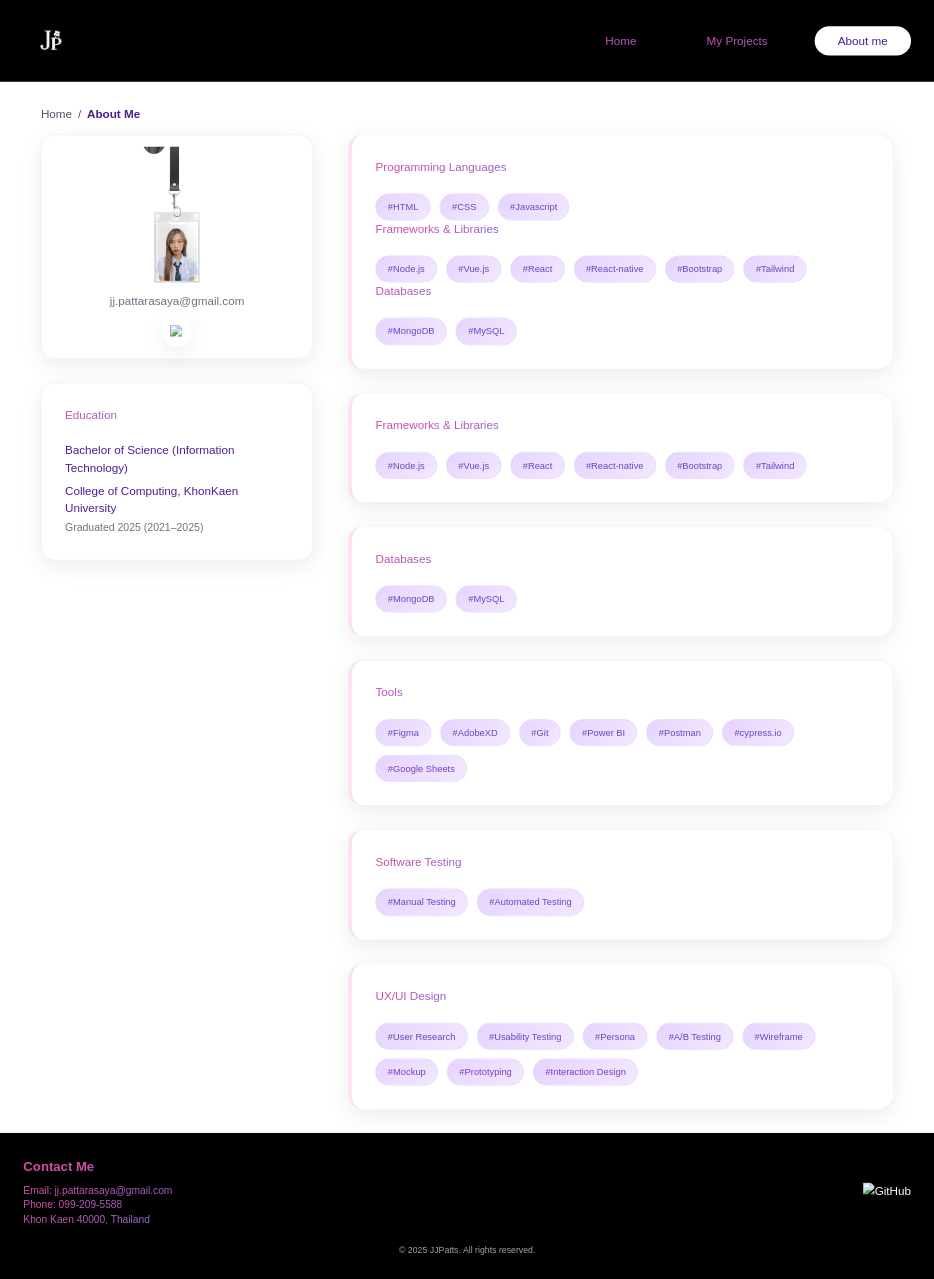
Repository: PattarasayaJJ/Portfolio-jjpatts
Page: /aboutme
These files come from the project's save history. The page is drawn as it stood at one moment and after a run of saves; the edit follows.
The browser window is 1280 px wide. The pictures show the whole page, at 73% of full size.
The project was rebuilt for these pictures with package versions that can differ from the ones it lists, and the page was loaded fresh each time. Also part of the build but not shown: vite.config.js, vite.config.ts, src/header.css, src/hero.css, src/components/Hero.jsx, src/components/Works.jsx.

Above is the page before, as saved 2025-08-03 22:52:14.

### index.html
<!doctype html>
<html lang="en">
  <head>
    <meta charset="UTF-8" />
    <link rel="icon" type="image/svg+xml" href="/JPtab.png" />
    <meta name="viewport" content="width=device-width, initial-scale=1.0" />
    <title>JJPatts Portfolio</title>
  </head>
  <body>
    <div id="root"></div>
    <script type="module" src="/src/index.jsx"></script>
  </body>
</html>

### src/index.css
@import 'tailwindcss/base';
@import 'tailwindcss/components';
@import 'tailwindcss/utilities';
@import url('https://fonts.googleapis.com/css2?family=Kanit:wght@400;700&display=swap');

*{
   font-family: 'Kanit', sans-serif;

}

### src/App.jsx
import React from 'react';
import { BrowserRouter as Router, Routes, Route } from 'react-router-dom';
import { Header } from './components/Header';
import { Hero } from './components/Hero';
import { Works } from './components/Works';
import { Aboutme } from './components/Aboutme' ;
import { Footer } from './components/Footer';
export function App() {
  return (
    <Router>
      <div className="w-full min-h-screen bg-white">
        <Header />
        <main className="w-full">
          <Routes>
            <Route path="/" element={<><Hero /> </>} />
            <Route path="/works" element={<><Works /></>}/>
            <Route path="/aboutme" element={<Aboutme />} />


          </Routes>
        </main>
        <Footer />

      </div>
    </Router>
  );
}

### src/components/Header.jsx
import React, { useState } from 'react';
import { Link, useLocation } from 'react-router-dom';
import { MenuIcon, XIcon } from 'lucide-react';
import '../header.css';

export function Header() {
  const [isMenuOpen, setIsMenuOpen] = useState(false);
  const location = useLocation();

  const isActive = (path) => location.pathname === path;

  return (
    <header className="w-full bg-black py-4 px-8 relative">
      <div className="max-w-7xl mx-auto flex justify-between items-center">
        <Link to="/">
          <div className="flex items-center">
            <img src="/JP.png" alt="logo" className="w-20" />
          </div>
        </Link>

        <nav className="hidden md:flex space-x-8">
          <Link
            to="/"
            className={`font-medium px-8 py-2 rounded-full ${
              isActive('/') ? 'bg-white text-purple-600' : 'gradient-text'
            }`}
            style={isActive('/') ? { color: '#4c1d95' } : {}}
          >
            Home
          </Link>
          <Link
            to="/works"
            className={`font-medium px-8 py-2 rounded-full ${
              isActive('/works') ? 'bg-white text-purple-600' : 'gradient-text'
            }`}
            style={isActive('/works') ? { color: '#4c1d95' } : {}}
          >
            My Projects
          </Link>
          <Link
            to="/aboutme"
            className={`font-medium px-8 py-2 rounded-full ${
              isActive('/aboutme') ? 'bg-white text-purple-600' : 'gradient-text'
            }`}
            style={isActive('/aboutme') ? { color: '#4c1d95' } : {}}
          >
            About me
          </Link>
        </nav>

        <button className="md:hidden text-white" onClick={() => setIsMenuOpen(!isMenuOpen)}>
          {isMenuOpen ? <XIcon size={24} /> : <MenuIcon size={24} />}
        </button>
      </div>

      <div
        className={`
          fixed top-0 right-0 w-64 h-full bg-black z-50 transform transition-transform duration-300 ease-in-out
          ${isMenuOpen ? 'translate-x-0' : 'translate-x-full'}
          md:hidden
        `}
      >
        <div className="p-6">
          <button className="text-white mb-8" onClick={() => setIsMenuOpen(false)}>
            <XIcon size={24} />
          </button>
          <nav className="flex flex-col space-y-6">
            <Link
              to="/"
              className={`font-medium px-6 py-2 rounded-full block text-center ${
                isActive('/') ? 'bg-white text-purple-600' : 'gradient-text'
              }`}
              style={isActive('/') ? { color: '#4c1d95' } : {}}
              onClick={() => setIsMenuOpen(false)}
            >
              Home
            </Link>
            <Link
              to="/works"
              className={`font-medium px-6 py-2 rounded-full block text-center ${
                isActive('/works') ? 'bg-white text-purple-600' : 'gradient-text'
              }`}
              style={isActive('/works') ? { color: '#4c1d95' } : {}}
              onClick={() => setIsMenuOpen(false)}
            >
              My Projects
            </Link>
            <Link
              to="/aboutme"
              className={`font-medium px-6 py-2 rounded-full block text-center ${
                isActive('/aboutme') ? 'bg-white text-purple-600' : 'gradient-text'
              }`}
              style={isActive('/aboutme') ? { color: '#4c1d95' } : {}}
              onClick={() => setIsMenuOpen(false)}
            >
              About me
            </Link>
          </nav>
        </div>
      </div>

      {isMenuOpen && (
        <div
          className="fixed inset-0 bg-black bg-opacity-50 z-40 md:hidden"
          onClick={() => setIsMenuOpen(false)}
        />
      )}
    </header>
  );
}

### src/components/Aboutme.jsx
import React from 'react';
import '../aboutme.css';

export function Aboutme() {
  const skills = [
    { name: '#HTML', type: 'tool' },
    { name: '#CSS', type: 'tool' },
    { name: '#Javascript', type: 'tool' },
  ];

  const frame = [
    { name: '#Node.js', type: 'tool' },
    { name: '#Vue.js', type: 'tool' },
    { name: '#React', type: 'tool' },
    { name: '#React-native', type: 'tool' },
    { name: '#Bootstrap', type: 'tool' },
    { name: '#Tailwind', type: 'tool' },
  ];

  const database = [
    { name: '#MongoDB', type: 'tool' },
    { name: '#MySQL', type: 'tool' },
  ];

  const tools = [
    { name: '#Figma', type: 'tool' },
    { name: '#AdobeXD', type: 'tool' },
    { name: '#Git', type: 'tool' },
    { name: '#Power BI', type: 'tool' },
    { name: '#Postman', type: 'tool' },
    { name: '#cypress.io', type: 'tool' },
    { name: '#Google Sheets', type: 'tool' },
  ];

  const uxui = [
    { name: '#User Research', type: 'ux' },
    { name: '#Usability Testing', type: 'ux' },
    { name: '#Persona', type: 'ux' },
    { name: '#A/B Testing', type: 'ux' },
    { name: '#Wireframe', type: 'ux' },
    { name: '#Mockup', type: 'ux' },
    { name: '#Prototyping', type: 'ux' },
    { name: '#Interaction Design', type: 'ux' },
  ];

  const tester = [
    { name: '#Manual Testing', type: 'ux' },
    { name: '#Automated Testing', type: 'ux' },
  ];

  return (
    <div className="about-container">
      <nav className="breadcrumb">
        <a href="/" className="breadcrumb-link">
          Home
        </a>
        <span className="breadcrumb-separator">/</span>
        <span className="breadcrumb-current">About Me</span>
      </nav>

      <div className="about-content">
        {/* Profile Section */}
        <div className="profile-section">
          <div className="profile-card">
            <div className="avatar-container">
              <div className="avatar-wrapper">
                <img
                  src="/nongjj.png"
                  alt="Profile"
                  className="avatar-img"
                />
              </div>
              <p className="email">jj.pattarasaya@gmail.com</p>

              <div className="social-icons">
                <a href="https://github.com/PattarasayaJJ" target="_blank" rel="noopener noreferrer" className="social-link">
                  <img src="https://github.githubassets.com/favicons/favicon.png" alt="GitHub" />
                </a>
              </div>
            </div>
          </div>

          {/* Education Section */}
          <div className="education-card">
            <h3 className="section-title">
              <span className="gradient-text">Education</span>
            </h3>
            <div className="education-content">
              <h4 className="degree">Bachelor of Science (Information Technology)</h4>
              <p className="university">College of Computing, KhonKaen University</p>
              <p className="graduation">Graduated 2025 (2021–2025)</p>
            </div>
          </div>
        </div>

        {/* Skills Section */}
        <div className="skills-section">
          <div className="skills-grid">
            {/* Programming Languages */}
            <div className="skill-category">
              <h3 className="category-title">
                <span className="gradient-text">Programming Languages</span>
              </h3>
              <div className="skills-list">
                {skills.map((skill, index) => (
                  <span className="skill-tag" key={index}>
                    {skill.name}
                  </span>
                ))}
              </div>


                 <h3 className="category-title">
                <span className="gradient-text">Frameworks & Libraries</span>
              </h3>
              <div className="skills-list">
                {frame.map((skill, index) => (
                  <span className="skill-tag" key={index}>
                    {skill.name}
                  </span>
                ))}
              </div>

               <h3 className="category-title">
                <span className="gradient-text">Databases</span>
              </h3>
              <div className="skills-list">
                {database.map((skill, index) => (
                  <span className="skill-tag" key={index}>
                    {skill.name}
                  </span>
                ))}
              </div>




            </div>

            {/* Frameworks & Libraries */}
            <div className="skill-category">
              <h3 className="category-title">
                <span className="gradient-text">Frameworks & Libraries</span>
              </h3>
              <div className="skills-list">
                {frame.map((skill, index) => (
                  <span className="skill-tag" key={index}>
                    {skill.name}
                  </span>
                ))}
              </div>
            </div>

            {/* Databases */}
            <div className="skill-category">
              <h3 className="category-title">
                <span className="gradient-text">Databases</span>
              </h3>
              <div className="skills-list">
                {database.map((skill, index) => (
                  <span className="skill-tag" key={index}>
                    {skill.name}
                  </span>
                ))}
              </div>
            </div>

            {/* Tools */}
            <div className="skill-category">
              <h3 className="category-title">
                <span className="gradient-text">Tools</span>
              </h3>
              <div className="skills-list">
                {tools.map((skill, index) => (
                  <span className="skill-tag" key={index}>
                    {skill.name}
                  </span>
                ))}
              </div>
            </div>

            {/* Software Testing */}
            <div className="skill-category">
              <h3 className="category-title">
                <span className="gradient-text">Software Testing</span>
              </h3>
              <div className="skills-list">
                {tester.map((skill, index) => (
                  <span className="skill-tag" key={index}>
                    {skill.name}
                  </span>
                ))}
              </div>
            </div>

            {/* UX/UI Design */}
            <div className="skill-category">
              <h3 className="category-title">
                <span className="gradient-text">UX/UI Design</span>
              </h3>
              <div className="skills-list">
                {uxui.map((skill, index) => (
                  <span className="skill-tag" key={index}>
                    {skill.name}
                  </span>
                ))}
              </div>
            </div>
          </div>
        </div>
      </div>
    </div>
  );
}

### src/components/Footer.jsx
import React from 'react';

export function Footer() {
  return (
    <footer className="w-full bg-black text-white py-8 px-8">
  <div className="max-w-7xl mx-auto flex flex-col md:flex-row justify-between items-center space-y-6 md:space-y-0">

        <div className="text-center md:text-left gradient-text ">
          <h2 className="text-lg font-semibold">Contact Me</h2>
          <p className="text-sm mt-2">Email: jj.pattarasaya@gmail.com</p>
          <p className="text-sm">Phone: 099-209-5588</p>
          <p className="text-sm">Khon Kaen 40000, Thailand</p>

        </div>

        <div className="flex space-x-4 ">
        <a href="https://github.com/PattarasayaJJ" target="_blank" rel="noopener noreferrer">
        <img src="https://github.githubassets.com/favicons/favicon.png" alt="GitHub" />

  </a>

        </div>
      </div>

      <div className="text-center text-xs text-gray-400 mt-6 ">
        © {new Date().getFullYear()} JJPatts. All rights reserved.
      </div>
    </footer>
  );
}

### src/work.css
.projects-section {
  width: 100%;
  max-width: 1200px;
  margin: 0 auto;
  padding: 2rem 1rem;
  background-color: #ffffff;
}

.projects-container {
  max-width: 80rem;
  margin: 0 auto;
  display: flex;
  flex-direction: column;
  gap: 2rem;
}

.breadcrumb {
  margin-bottom: 2rem;
  font-size: 0.9rem;
  color: #666;
}

.breadcrumb-link {
  color: #666;
  text-decoration: none;
}

.breadcrumb-link:hover {
  color: #333;
}

.breadcrumb-separator {
  margin: 0 0.5rem;
}

.breadcrumb-current {
  color: #333;
  font-weight: 500;
}

.project-title-text {
  margin-top: 10px;
  background: linear-gradient(135deg, #DD489B, #9067D3);
  -webkit-background-clip: text;
  -webkit-text-fill-color: transparent;
  background-clip: text;
  display: inline-block;
  font-size: 1.25rem;
  font-weight: bold;
}

/* Project Card */
.project-card {
  background: #ffffff;
  border-radius: 20px;
  padding: 3rem;
  box-shadow: 0 8px 32px rgba(0, 0, 0, 0.08);
  border: 1px solid #f0f0f0;
  display: flex;
  flex-direction: column;
  gap: 2rem;
}

/* Project Images */
.project-images {
  display: flex;
  justify-content: center;
  gap: 2rem;
  margin-bottom: 1rem;
}

.project-images.single {
  justify-content: center;
}

/* Updated: Uniform image sizing */
.project-image {
  width: 400px;
  height: 300px;
  object-fit: contain;
  border-radius: 12px;
  box-shadow: 0 8px 24px rgba(0, 0, 0, 0.12);
  transition: transform 0.3s ease, box-shadow 0.3s ease;
}

.project-image:hover {
  transform: translateY(-4px);
  box-shadow: 0 12px 32px rgba(0, 0, 0, 0.16);
}

/* Project Content */
.project-content {
  text-align: center;
  display: flex;
  flex-direction: column;
  gap: 1rem;
}

.project-name {
  font-size: 1rem;
  line-height: 1.6;
  color: #4c1d95;
  margin: 0;
  font-weight: 400;
}

.highlight {
  font-weight: 700;
  color: #4c1d95;
}

/* Skills List */
.skills-list {
  display: flex;
  flex-wrap: wrap;
  gap: 0.75rem;
  margin-top: 1rem;
}

.skill-tag {
  background: linear-gradient(135deg, #e5d4ff, #f3e8ff);
  color: #6b46c1;
  padding: 0.5rem 1rem;
  border-radius: 20px;
  font-size: 0.875rem;
  font-weight: 500;
  border: 1px solid #e5d4ff;
  transition: all 0.3s ease;
}

.skill-tag:hover {
  background: linear-gradient(135deg, #ddd6fe, #e5d4ff);
  transform: translateY(-2px);
  box-shadow: 0 4px 12px rgba(107, 70, 193, 0.2);
}

/* Responsive Design */
@media (max-width: 1024px) {
  .project-images {
    gap: 1.5rem;
  }

  .project-image {
    width: 350px;
    height: 250px;
    object-fit: contain;
  }
}

@media (max-width: 768px) {
  .projects-section {
    padding: 1.5rem 1rem;
  }

  .project-card {
    padding: 2rem 1.5rem;
  }

  .project-images {
    flex-direction: column;
    align-items: center;
    gap: 1.5rem;
  }

  .project-image {
    width: 100%;
    max-width: 400px;
    height: 250px;
    object-fit: contain;
  }

  .project-title {
    font-size: 1.5rem;
  }

  .project-name {
    font-size: 1.1rem;
    text-align: left;
  }

  .skills-list {
    justify-content: flex-start;
  }
}

@media (max-width: 480px) {
  .project-card {
    padding: 1.5rem 1rem;
  }

  .project-name {
    font-size: 1rem;
  }

  .skill-tag {
    font-size: 0.75rem;
    padding: 0.4rem 0.8rem;
  }

  .project-image {
    width: 100%;
    max-width: 350px;
    height: 200px;
    object-fit: contain;
  }
}

### src/aboutme.css
.about-container {
  max-width: 1200px;
  margin: 0 auto;
  padding: 2rem 1rem;
  background-color: #ffffff;
}

.breadcrumb {
  margin-bottom: 1rem;
  font-size: 1rem;
  color: #4B5563;
  display: flex;
  align-items: center;
}

.breadcrumb-link {
  color: #4B5563;
  text-decoration: none;
}

.breadcrumb-link:hover {
  text-decoration: underline;
}


.breadcrumb-separator {
  margin: 0 0.5rem;
}

.breadcrumb-current {
  font-weight: bold;
  color: #4c1d95;
}

.about-content {
  display: grid;
  grid-template-columns: 1fr 2fr;
  gap: 3rem;
  align-items: start;
}

.profile-section {
  display: flex;
  flex-direction: column;
  gap: 2rem;
}

.profile-card {
  background: #ffffff;
  border-radius: 20px;
  padding: 1rem;
  box-shadow: 0 8px 32px rgba(0, 0, 0, 0.08);
  border: 1px solid #f0f0f0;
  text-align: center;
}

.avatar-container {
  display: flex;
  flex-direction: column;
  align-items: center;
}

.avatar-wrapper {
  width: 200px;
  height: 200px;
  transition: transform 0.3s ease;
}

.avatar-wrapper:hover {
  transform: scale(1.05);
}

.avatar-img {
  width: 100%;
  height: 100%;
  object-fit: contain;
}

.profile-name {
  font-size: 1.5rem;
  color: #4c1d95;
  margin: 0;
}

.profile-title {
  font-size: 1rem;
  color: #6b46c1;
  margin: 0;
}

.email {
  font-size: 1rem;
  color: #6b7280;
  margin-bottom: 10px;
}

.social-icons {
  display: flex;
  justify-content: center;
  gap: 1rem;
}

.social-link {
  display: flex;
  align-items: center;
  justify-content: center;
  width: 40px;
  height: 40px;
  box-shadow: 0 8px 32px rgba(0, 0, 0, 0.08);
  border-radius: 50%;
  transition: all 0.3s ease;
}

.social-link:hover {
  transform: translateY(-2px);
  box-shadow: 0 4px 12px rgba(107, 70, 193, 0.3);
}

.social-icons img {
  width: 20px;
  height: 20px;
}

.education-card {
  background: #ffffff;
  border-radius: 20px;
  padding: 2rem;
  box-shadow: 0 8px 32px rgba(0, 0, 0, 0.08);
  border: 1px solid #f0f0f0;
}

.education-content {
  margin-top: 1rem;
}

.degree {
  font-size: 1rem;
  color: #4c1d95;
  margin: 0 0 0.5rem 0;
}

.university {
  font-size: 1rem;
  color: #4c1d95;
  margin: 0 0 0.25rem 0;
}

.graduation {
  font-size: 0.9rem;
  color: #6b7280;
  margin: 0;
}

.skills-section {
  display: flex;
  flex-direction: column;
}

.skills-grid {
  display: grid;
  grid-template-columns: 1fr;
  gap: 2rem;
}

.skill-category {
  background: #ffffff;
  border-radius: 20px;
  padding: 2rem;
  box-shadow: 0 8px 32px rgba(0, 0, 0, 0.08);
  border: 1px solid #f0f0f0;
  border-left: 5px solid #ffdff3;
}

.section-title,
.category-title {
  font-size: 1rem;
  margin: 0 0 1.5rem 0;
  display: flex;
  align-items: center;
}

.gradient-text {
  background: linear-gradient(135deg, #DD489B, #9067D3);
  -webkit-background-clip: text;
  -webkit-text-fill-color: transparent;
  background-clip: text;
}

.skills-list {
  display: flex;
  flex-wrap: wrap;
  gap: 0.75rem;
}

.skill-tag {
  background: linear-gradient(135deg, #e5d4ff, #f3e8ff);
  color: #6b46c1;
  padding: 0.5rem 1rem;
  border-radius: 20px;
  font-size: 0.8rem;
  border: 1px solid #e5d4ff;
  transition: all 0.3s ease;
  cursor: default;
}

.skill-tag:hover {
  background: linear-gradient(135deg, #ddd6fe, #e5d4ff);
  transform: translateY(-2px);
  box-shadow: 0 4px 12px rgba(107, 70, 193, 0.2);
}

@media (max-width: 1024px) {
  .about-content {
    grid-template-columns: 1fr;
    gap: 2rem;
  }

  .skills-grid {
    grid-template-columns: repeat(2, 1fr);
  }
}

@media (max-width: 768px) {
  .about-container {
    padding: 1.5rem 1rem;
  }

  .about-content {
    gap: 1.5rem;
  }

  .skills-grid {
    grid-template-columns: 1fr;
    gap: 1.5rem;
  }

  .profile-card,
  .education-card,
  .skill-category {
    padding: 1.5rem;
  }

  .avatar-wrapper {
    width: 150px;
    height: 150px;
  }

  .profile-name {
    font-size: 1.25rem;
  }

  .profile-title {
    font-size: 0.9rem;
  }

  .section-title,
  .category-title {
    font-size: 1.1rem;
  }

  .skill-tag {
    font-size: 0.8rem;
    padding: 0.4rem 0.8rem;
  }
}

@media (max-width: 480px) {

  .profile-card,
  .education-card,
  .skill-category {
    padding: 1.25rem;
  }

  .avatar-wrapper {
    width: 120px;
    height: 120px;
  }

  .profile-name {
    font-size: 1rem;
  }

  .skills-list {
    gap: 0.5rem;
  }

  .skill-tag {
    font-size: 0.75rem;
    padding: 0.35rem 0.7rem;
  }
}

Loaded but not shown: src/index.jsx (common file); tailwind.config.js (common file)

After the next 3 saves:
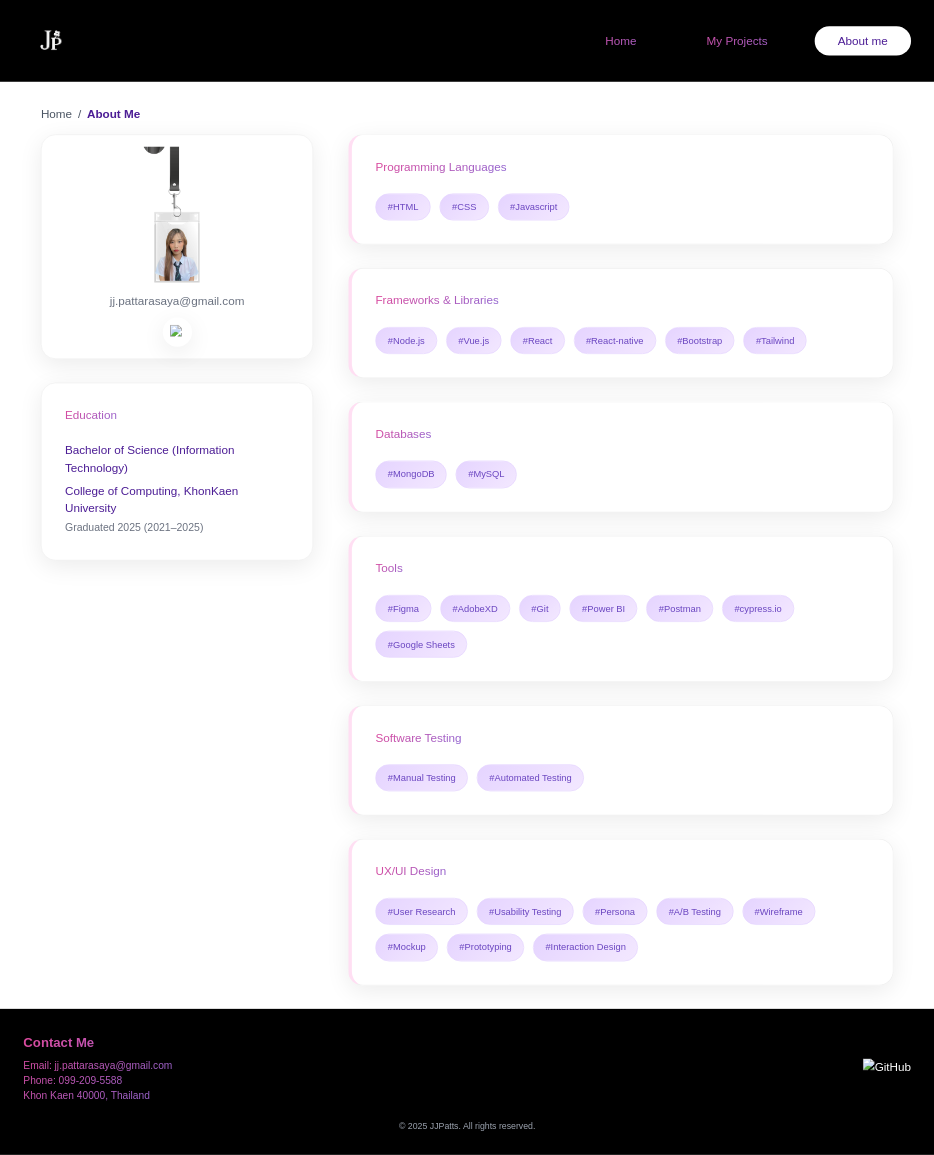
The 3 saves are shown as one change because they came seconds apart.
The last was saved 23 s later.
--- a/src/components/Aboutme.jsx
+++ b/src/components/Aboutme.jsx
@@ -110,30 +110,6 @@ export function Aboutme() {
               </div>
 
 
-                 <h3 className="category-title">
-                <span className="gradient-text">Frameworks & Libraries</span>
-              </h3>
-              <div className="skills-list">
-                {frame.map((skill, index) => (
-                  <span className="skill-tag" key={index}>
-                    {skill.name}
-                  </span>
-                ))}
-              </div>
-
-               <h3 className="category-title">
-                <span className="gradient-text">Databases</span>
-              </h3>
-              <div className="skills-list">
-                {database.map((skill, index) => (
-                  <span className="skill-tag" key={index}>
-                    {skill.name}
-                  </span>
-                ))}
-              </div>
-
-
-
 
             </div>
 
